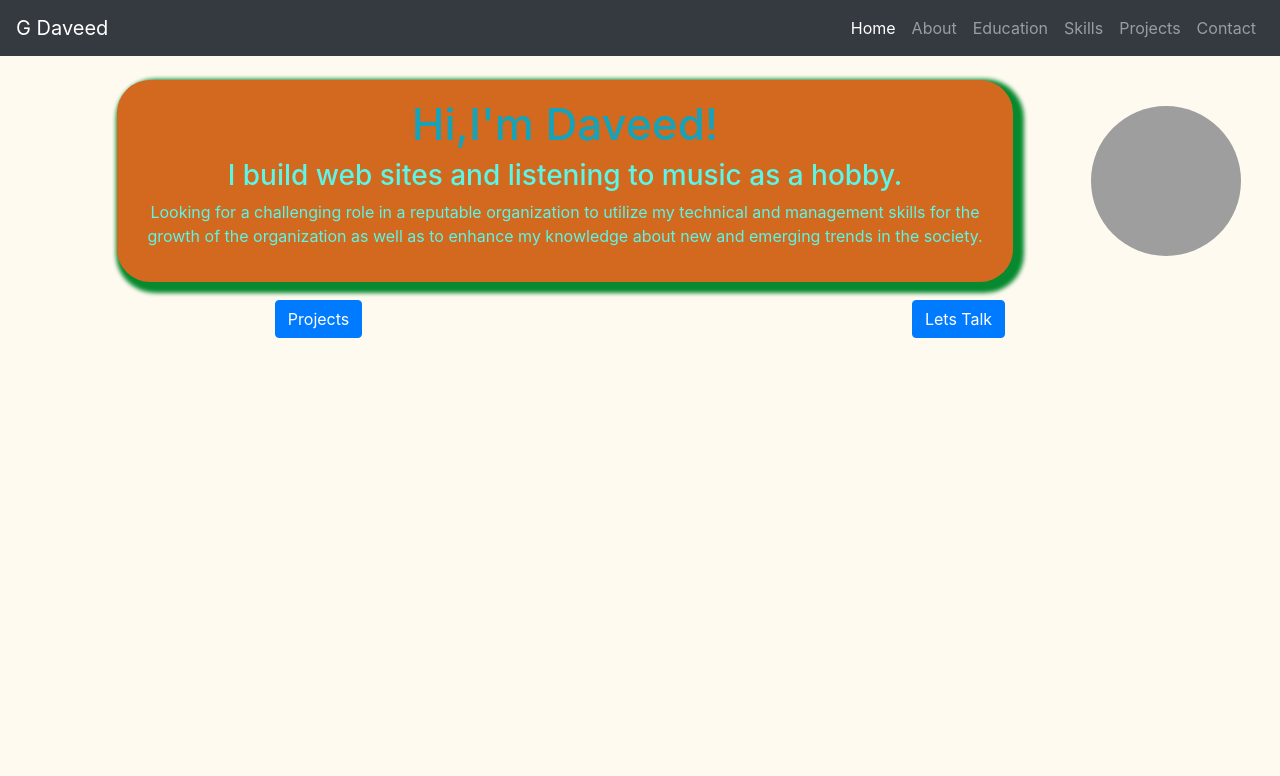
Repository: DaveedGangi/DaveedWebsite
Page: one.html
These files come from the project's save history. The page is drawn as it stood at one moment and after a run of saves; the edit follows.
The browser window is 1280 px wide. The pictures show the whole page.
Pictures or frames that could not be fetched are drawn as grey boxes.

Above is the page before, as saved 2023-10-23 12:26:22.

### one.html
<html>
    <head>
    <link rel="stylesheet" href="two.css"></link>
    <link rel="stylesheet" href="https://cdn.jsdelivr.net/npm/bootstrap@4.5.3/dist/css/bootstrap.min.css" integrity="sha384-TX8t27EcRE3e/ihU7zmQxVncDAy5uIKz4rEkgIXeMed4M0jlfIDPvg6uqKI2xXr2" crossorigin="anonymous">
    <script src="https://code.jquery.com/jquery-3.5.1.slim.min.js" integrity="sha384-DfXdz2htPH0lsSSs5nCTpuj/zy4C+OGpamoFVy38MVBnE+IbbVYUew+OrCXaRkfj" crossorigin="anonymous"></script>
    <script src="https://cdn.jsdelivr.net/npm/bootstrap@4.5.3/dist/js/bootstrap.bundle.min.js" integrity="sha384-ho+j7jyWK8fNQe+A12Hb8AhRq26LrZ/JpcUGGOn+Y7RsweNrtN/tE3MoK7ZeZDyx" crossorigin="anonymous"></script>

    <link rel="stylesheet" href="https://cdn.jsdelivr.net/npm/bootstrap@4.5.3/dist/css/bootstrap.min.css" integrity="sha384-TX8t27EcRE3e/ihU7zmQxVncDAy5uIKz4rEkgIXeMed4M0jlfIDPvg6uqKI2xXr2" crossorigin="anonymous">
    <script src="https://code.jquery.com/jquery-3.5.1.slim.min.js" integrity="sha384-DfXdz2htPH0lsSSs5nCTpuj/zy4C+OGpamoFVy38MVBnE+IbbVYUew+OrCXaRkfj" crossorigin="anonymous"></script>
<script src="https://cdn.jsdelivr.net/npm/bootstrap@4.5.3/dist/js/bootstrap.bundle.min.js" integrity="sha384-ho+j7jyWK8fNQe+A12Hb8AhRq26LrZ/JpcUGGOn+Y7RsweNrtN/tE3MoK7ZeZDyx" crossorigin="anonymous"></script>
<script src="https://code.jquery.com/jquery-3.5.1.slim.min.js" integrity="sha384-DfXdz2htPH0lsSSs5nCTpuj/zy4C+OGpamoFVy38MVBnE+IbbVYUew+OrCXaRkfj" crossorigin="anonymous"></script>
<script src="https://cdn.jsdelivr.net/npm/popper.js@1.16.1/dist/umd/popper.min.js" integrity="sha384-9/reFTGAW83EW2RDu2S0VKaIzap3H66lZH81PoYlFhbGU+6BZp6G7niu735Sk7lN" crossorigin="anonymous"></script>
<script src="https://cdn.jsdelivr.net/npm/bootstrap@4.5.3/dist/js/bootstrap.min.js" integrity="sha384-w1Q4orYjBQndcko6MimVbzY0tgp4pWB4lZ7lr30WKz0vr/aWKhXdBNmNb5D92v7s" crossorigin="anonymous"></script>

</head>

<body>

    <nav class="navbar navbar-expand-lg navbar-dark bg-dark">
        <a class="navbar-brand" href="#">G Daveed</a>
        <button class="navbar-toggler" type="button" data-toggle="collapse" data-target="#navbarNavAltMarkup" aria-controls="navbarNavAltMarkup" aria-expanded="false" aria-label="Toggle navigation">
          <span class="navbar-toggler-icon"></span>
        </button>
        <div class="collapse navbar-collapse" id="navbarNavAltMarkup">
          <div class="navbar-nav ml-auto">
            <a class="nav-link active" href="#">Home <span class="sr-only">(current)</span></a>

            <a class="nav-link" href="#">About</a>
            <a class="nav-link" href="#">Education</a>
            <a class="nav-link" href="#">Skills</a>
            <a class="nav-link" href="#">Projects</a>
            <a class="nav-link" href="#">Contact</a>

          </div>
        </div>
      </nav>

   <div class="bgcontainer">
      <div class="mystory">
        <div>
          <img class="image1" src="https://i.ibb.co/T4YX7Jh/IMG-20221229-170952.jpg">
        </div>
        <div class="card1">
        <h1 class="hi text-info">Hi,I'm Daveed!</h1>
        <h3 class="paragraph">I build web sites and listening to music as a hobby.</h3>

        <p>Looking for a challenging role in a reputable organization to utilize my technical and management  skills for the growth of the organization as well as to enhance my knowledge about new and emerging trends in  the society. </p>

      </div>
      <div>
        <img class="image2" src="https://i.ibb.co/T4YX7Jh/IMG-20221229-170952.jpg">
      </div>

    </div>

    <div class="buttons">
    <button class="btn btn-primary">Projects</button>
    <button class="btn btn-primary">Lets Talk</button>
    </div>

  </div>

</body>
</html>

### two.css
.bgcontainer {
    height:100vh;
    background-size:cover;
    background-color:floralwhite;

}
.mystory{
    color:rgb(93, 245, 230);
    display: flex;
    flex-direction:column;
    justify-content: center;
    padding-top:24px;
    justify-content:space-around;
    align-items: center;

}
.image1{
    height:150px;
    width:150px;
    border-radius:100px;
    margin:12px;

}
.image2{
    height:150px;
    width:150px;
    border-radius:100px;
    display: none;

}
.card1{

    width:70vw;
    background-color: chocolate;
    border-radius: 33px;
    display: flex;
    padding:18px;
    flex-direction: column;
    text-align: center;
    align-items:center;
    box-shadow:5px 5px 4px 6px rgb(7, 138, 47);
}
.buttons{
    display: flex;
    flex-direction: row;
    justify-content: space-around;
    margin-top:18px;

}
.hi{
    font-size:44px;
}
@media (min-width: 768px){
    .mystory{
        display: flex;
        flex-direction: row;
    }
    .image1{
        display:none;
    }
    .image2{
        display: block;
    }

}

After the next 2 saves:
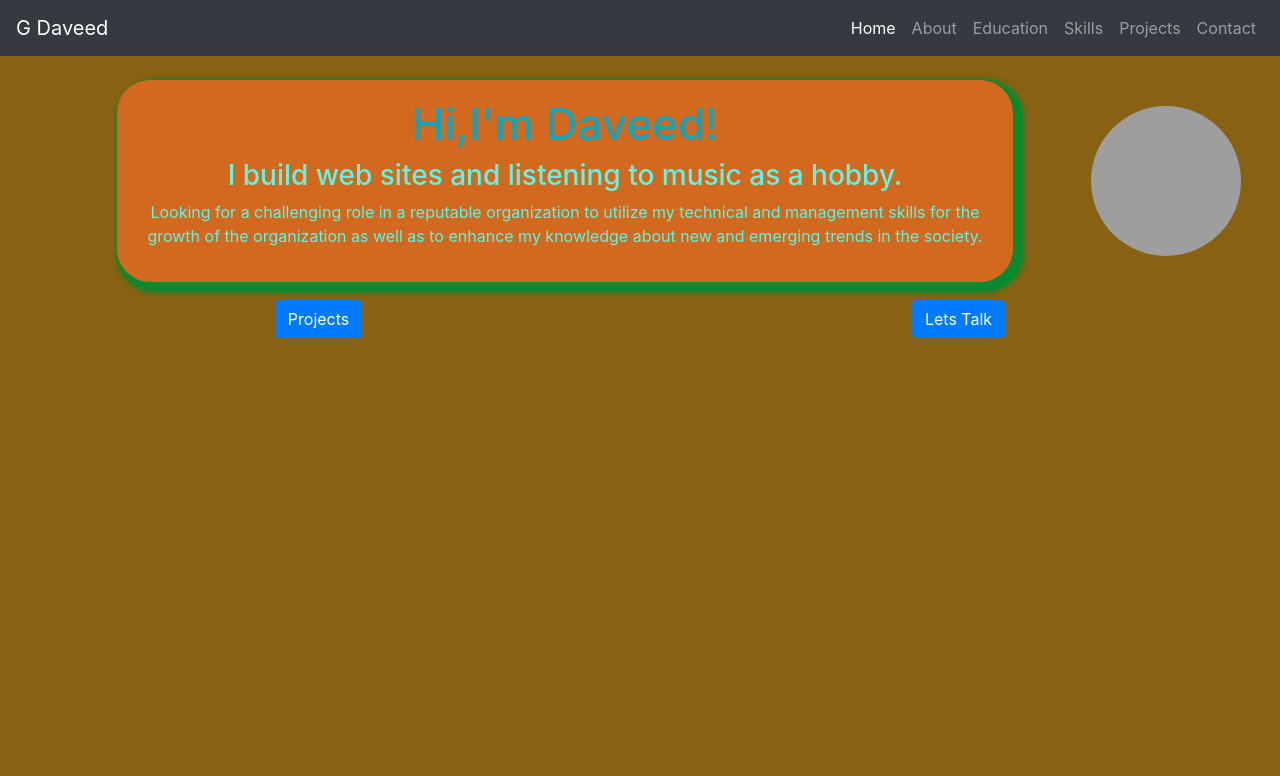
The 2 saves are shown as one change because they came seconds apart.
The last was saved 22 s later.
--- a/two.css
+++ b/two.css
@@ -1,7 +1,7 @@
 .bgcontainer {
     height:100vh;
     background-size:cover;
-    background-color:floralwhite;
+    background-color:rgb(136, 97, 19);
 
 }
 .mystory{
